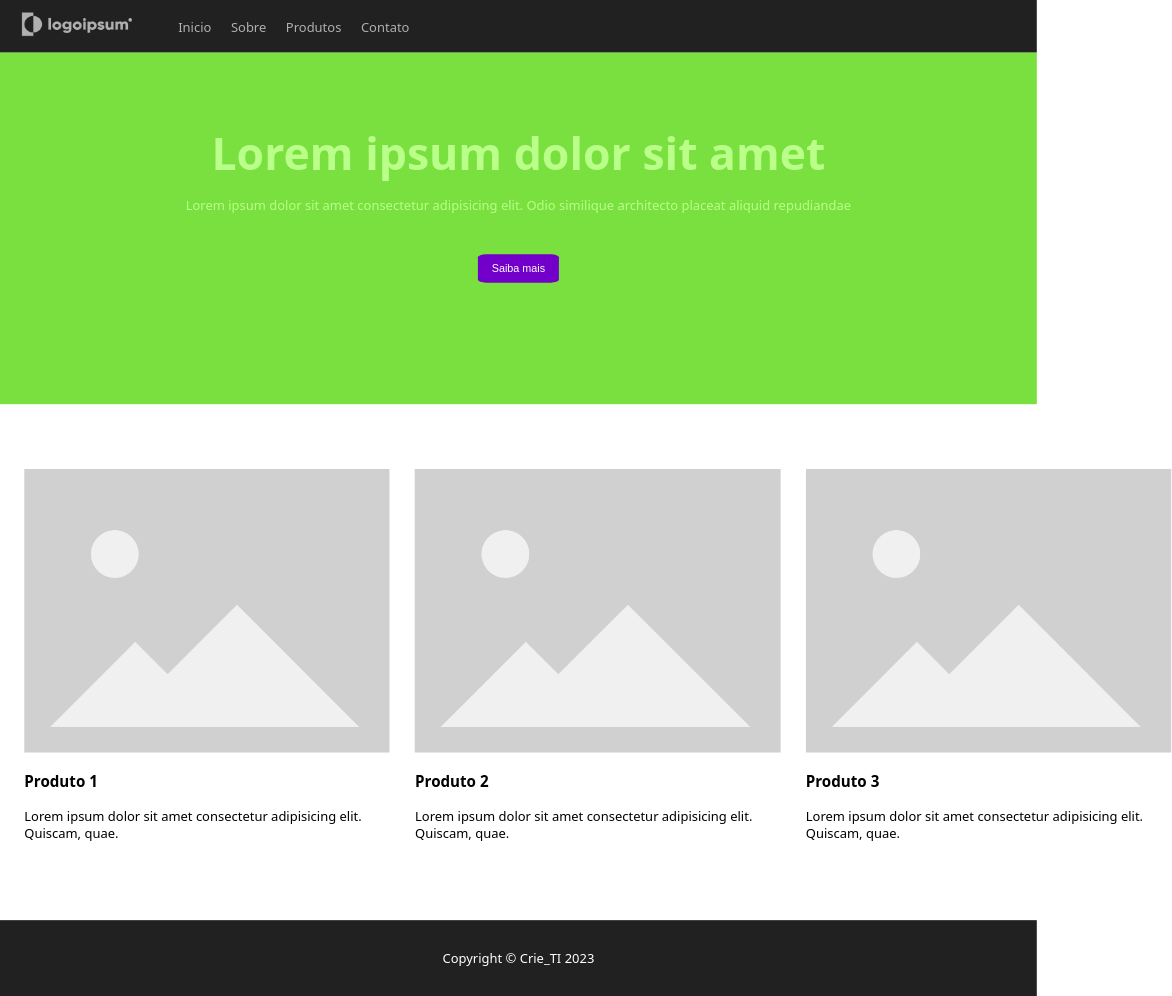
Repository: Carolden/SiteCrie_Ti
Page: index.html
These files come from the project's save history. The page is drawn as it stood at one moment and after a run of saves; the edit follows.
The browser window is 1280 px wide. The page is 1447 px wide, then 1280 px, so the pictures cover 1447 px, including what lies to the right of the window. The pictures show the whole page, at 81% of full size.

Above is the page before, as saved 2023-04-25 19:45:16.

### index.html
<!DOCTYPE html>
<html lang="pt-BR">
<head>
    <meta charset="UTF-8">
    <meta http-equiv="X-UA-Compatible" content="IE=edge">
    <meta name="viewport" content="width=device-width, initial-scale=1.0">
    <title>Document</title>
    <link rel="stylesheet" type="text/css" href="index.css" media="screen" />
</head>
<body>

    <header>
        <div>
            <img src="images/logo.png" alt="logo" class="logo">
        </div>
        <nav>
            <a href="inicio">Inicio</a>
            <a href="sobre">Sobre</a>
            <a href="produtos">Produtos</a>
            <a href="contato">Contato</a>
        </nav>
    </header>

    <main>

    <section class="banner">
        <h1>Lorem ipsum dolor sit amet</h1>
        <p>Lorem ipsum dolor sit amet consectetur adipisicing elit. Odio similique architecto placeat aliquid repudiandae</p>
        <button>Saiba mais</button>
    </section>

    <section class="produtos">
        <div class="row">
            <div class="column">
                <img src="images/placeholder.png" alt="imagem1">
                <h3>Produto 1</h3>
                <p>Lorem ipsum dolor sit amet consectetur adipisicing elit. Quiscam, quae. </p>
            </div>

            <div class="column">
                <img src="images/placeholder.png" alt="imagem2">
                <h3>Produto 2</h3>
                <p>Lorem ipsum dolor sit amet consectetur adipisicing elit. Quiscam, quae.</p>
            </div>

            <div class="column">
                <img src="images/placeholder.png" alt="imagem3">
                <h3>Produto 3</h3>
                <p>Lorem ipsum dolor sit amet consectetur adipisicing elit. Quiscam, quae.</p>
            </div>
        </div>
    </section>

    <footer>
        <div>
            <p> Copyright © Crie_TI 2023</p>
        </div>
    </footer>



    </main>





</body>
</html>

### index.css
body {
    border: 0;
    margin: 0;
    padding: 0;
    font-family: system-ui, -apple-system, BlinkMacSystemFont, 'Segoe UI', Roboto, Oxygen, Ubuntu, Cantarell, 'Open Sans', 'Helvetica Neue', sans-serif;
}


header {
    background-color: #212121;
    display: flex;
    align-items: center;
    width: 100%;
    top: 0;
    padding-left: 20px;
    padding-right: 20px;
    box-sizing: border-box;
}

header nav a {
    color: #B0B0B0;
    text-decoration: none;
    padding: 10px;

}

.logo {
    width: 150px;
    height: 60px;
    padding-right: 40px;
}

.banner {
    background-color: rgb(121, 224, 63);
    color: rgb(185, 255, 137);
    text-align: center;
    padding-top: 40px;
    padding-bottom: 150px;


}

button {
    background-color: rgb(114, 0, 202);
    color: #ffffff;
    text-align: center;
    padding: 10px;
    padding-left: 17px;
    padding-right: 17px;
    border-radius: 10%;
    border-style: hidden    ;
}

.banner h1 {
    font-size: 55px;
    margin-bottom: -30px;
}

.banner p {
    padding-bottom: 50px;
    padding-top: 30px;
    margin-bottom: 0px;
}

.produtos {
    padding-bottom: 50px;
}


.row {
    display: flex;
    padding-top: 50px;
}


.column {
    width: 33%;
    padding: 30px;
}


.column img {
    /* width: 100%; */
    height: 350px;
    /* object-fit: cover; */
    text-align: center;
}


footer {
    background-color: #212121;
    color: white;
    padding: 20px;
    text-align: center;
}

After the next 2 saves:
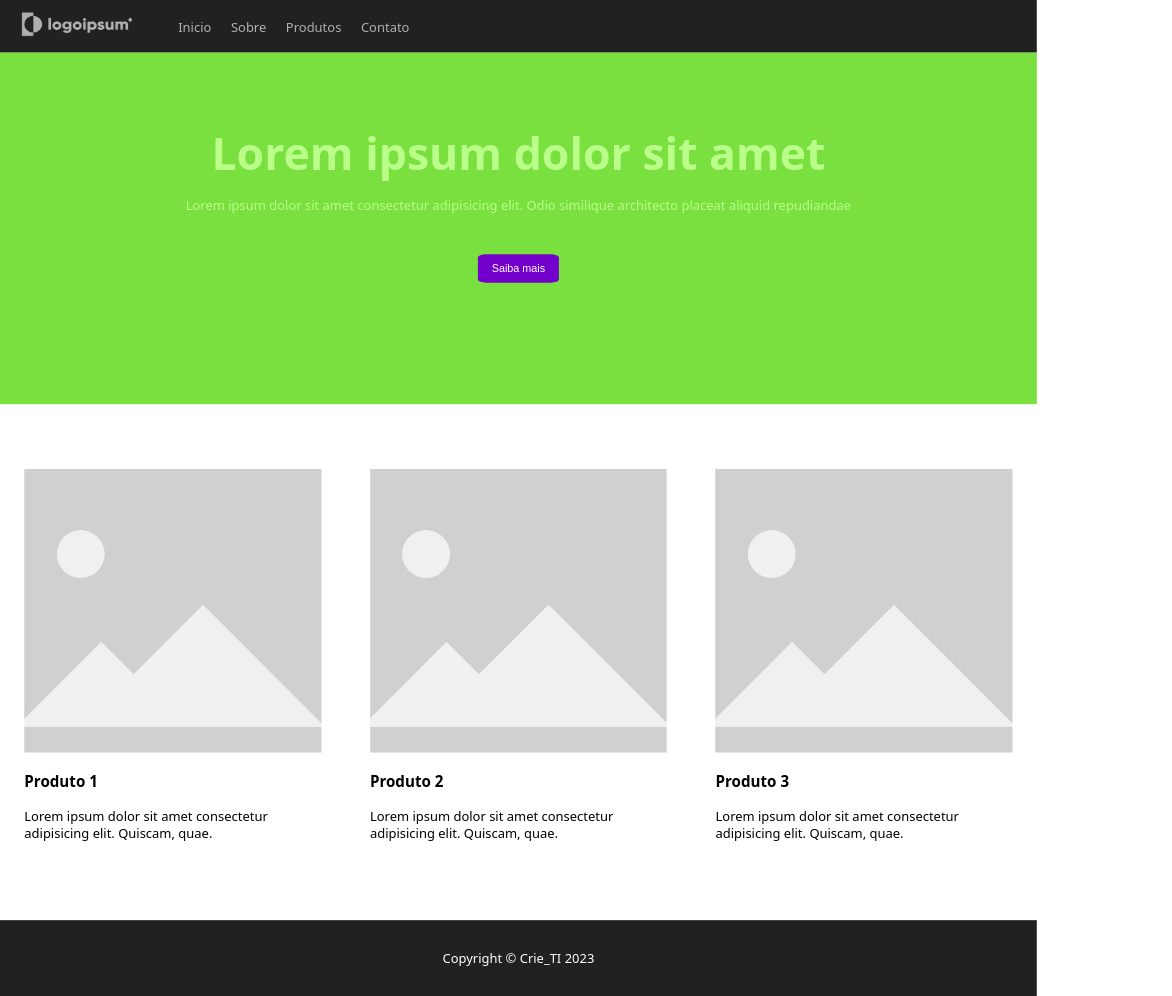
The 2 saves are shown as one change because they came seconds apart.
The last was saved 25 s later.
--- a/index.css
+++ b/index.css
@@ -80,9 +80,9 @@ button {
 
 
 .column img {
-    /* width: 100%; */
+    width: 100%;
     height: 350px;
-    /* object-fit: cover; */
+    object-fit: cover;
     text-align: center;
 }
 
